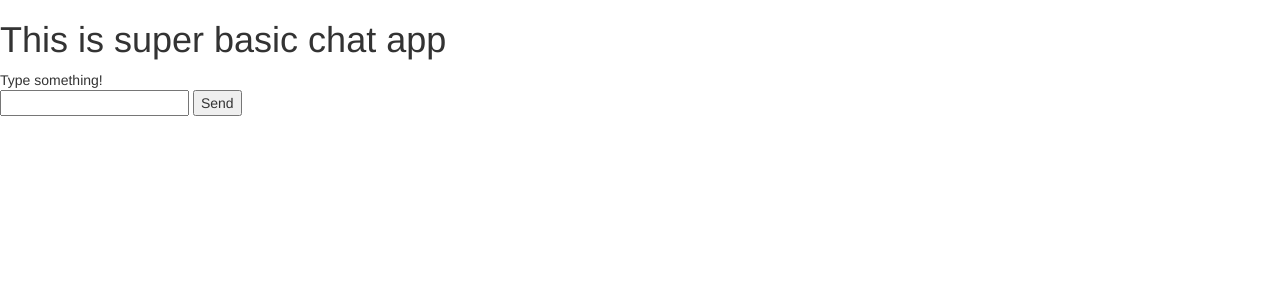
Repository: quibfiddle/WebDevBootcamp
Page: http://localhost/chat
The author's editor kept a record of every edit. The page is drawn from the files as they stood at one moment, then again after the next edit.
The browser window is 1280 px wide. The pictures show the whole page.
The page is served by the project's Node server (MoreExpress/BasicChatApp/chatapp.js).

Above is the page before.

### C9Workspace/MoreExpress/BasicChatApp/views/chattapp.ejs
<link href="https://maxcdn.bootstrapcdn.com/bootstrap/3.3.7/css/bootstrap.min.css" rel="stylesheet" integrity="sha384-BVYiiSIFeK1dGmJRAkycuHAHRg32OmUcww7on3RYdg4Va+PmSTsz/K68vbdEjh4u" crossorigin="anonymous">
<link rel="stylesheet" type="text/css" href="chatapp.css">

<h1>This is super basic chat app</h1>

<% chat.forEach(function(message){ %>
<li><%=  message %></li>
<% }); %>

<form action="/send" method="Post">
    <input type="Text" name="newMessage">
    <button>Send</button>
</form>

### C9Workspace/MoreExpress/BasicChatApp/chatapp.js
var express = require("express");
var app = express();
var bodyParser = require("body-parser");

app.use(express.static("public"));
app.set("view engine", "ejs");
app.use(bodyParser.urlencoded({ extended: false }))

var chat = ["Type something!"];


//returns the chat page, and builds a list from the chat object
app.get("/chat", function(req,res){
    res.render("chattapp", {chat: chat});
});

app.post("/send", function(req,res){
    console.log(req.body.newMessage);
    var newMessage = req.body.newMessage;
    chat.push(newMessage);
    res.redirect("/chat");
});

// app.post("/addfriend", function(req,res){
//     console.log(req.body.newFriend);
//     var newFriend = req.body.newFriend;
//     friends.push(newFriend);
//     console.log(newFriend);
//     //sort of refreshes the page once it completes the post.
//     res.redirect("/friends");
// });

app.listen(process.env.PORT, process.env.IP, function(){
    console.log("Server is running yo'")
});

### C9Workspace/MoreExpress/BasicChatApp/public/chatapp.css
li {
    list-style: none;
}

.container {
    margin: auto;
}

li:nth-child(odd) {
    background-color: #a0b4d3;
}

After the next edit:
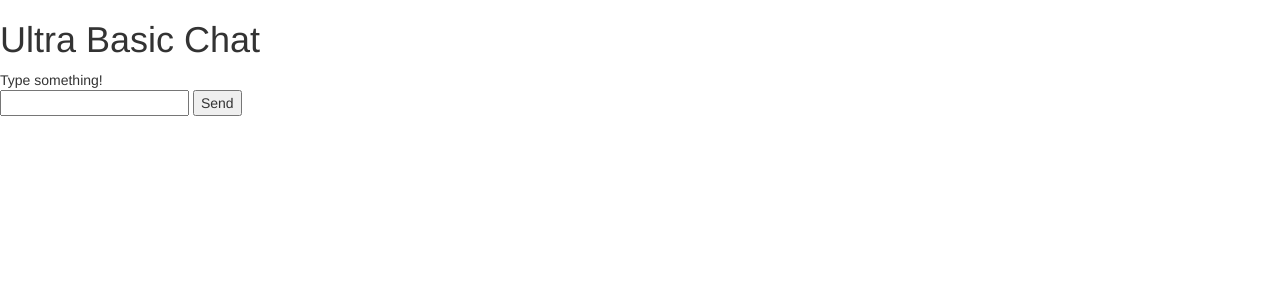
The edit:
--- a/C9Workspace/MoreExpress/BasicChatApp/views/chattapp.ejs
+++ b/C9Workspace/MoreExpress/BasicChatApp/views/chattapp.ejs
@@ -1,7 +1,7 @@
 <link href="https://maxcdn.bootstrapcdn.com/bootstrap/3.3.7/css/bootstrap.min.css" rel="stylesheet" integrity="sha384-BVYiiSIFeK1dGmJRAkycuHAHRg32OmUcww7on3RYdg4Va+PmSTsz/K68vbdEjh4u" crossorigin="anonymous">
 <link rel="stylesheet" type="text/css" href="chatapp.css">
 
-<h1>This is super basic chat app</h1>
+<h1>Ultra Basic Chat</h1>
 
 <% chat.forEach(function(message){ %>
 <li><%=  message %></li>
